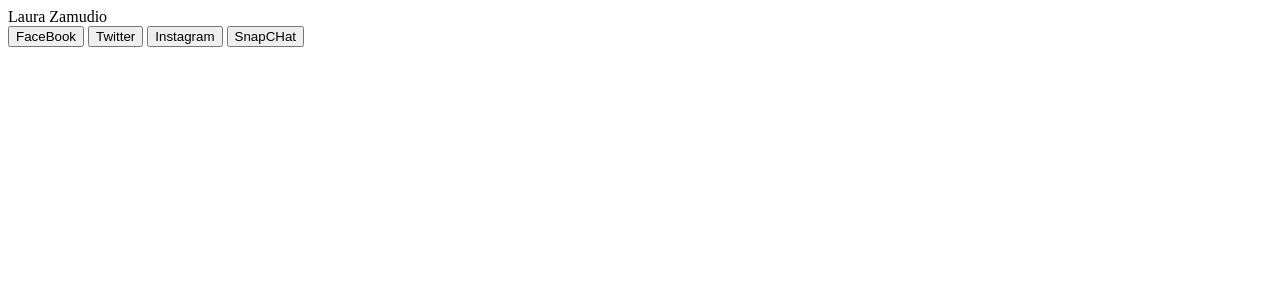
Repository: ZamlZam/LINK.
Page: index.html
An editor plug-in stored every save of this project. The page is shown before and after a run of saves, followed by the edit.
The browser window is 1280 px wide. The pictures show the whole page.

Above is the page before, as saved 2023-04-16 15:29:24.

### index.html
<!DOCTYPE html>
<html lang="en">
<head>
  <meta charset="UTF-8">
  <meta http-equiv="X-UA-Compatible" content="IE=edge">
  <meta name="viewport" content="width=device-width, initial-scale=1.0">
  <title>Link in bio</title>
</head>
<body>
  <hi> Laura Zamudio</hi>

 <div class="d-grid gap-2 col-6 mx-auto">
  <button class="btn btn-primary" type="button">FaceBook</button>
  <button class="btn btn-primary" type="button">Twitter</button>
  <button class="btn btn-primary" type="button">Instagram</button>
  <button class="btn btn-primary" type="button">SnapCHat</button>
</div>
</div>
</body>
</html>

After the next 2 saves:
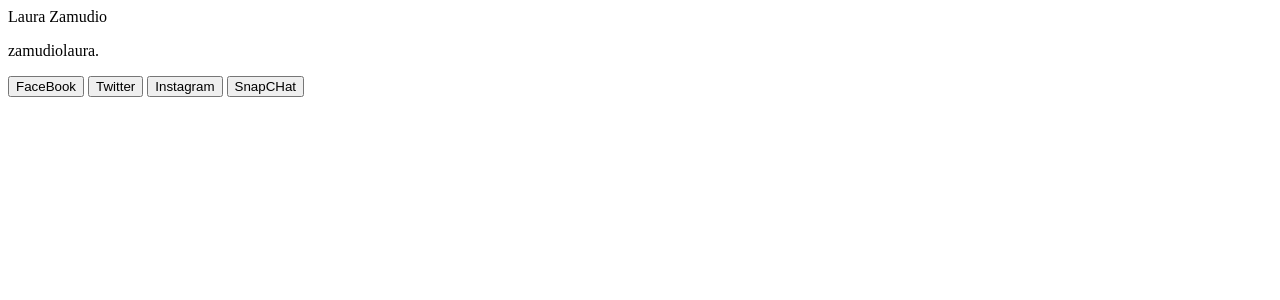
The 2 saves are shown as one change because they came seconds apart.
The last was saved 18 s later.
--- a/index.html
+++ b/index.html
@@ -8,7 +8,7 @@
 </head>
 <body>
   <hi> Laura Zamudio</hi>
-
+  <p>zamudiolaura.</p>
  <div class="d-grid gap-2 col-6 mx-auto">
   <button class="btn btn-primary" type="button">FaceBook</button>
   <button class="btn btn-primary" type="button">Twitter</button>
